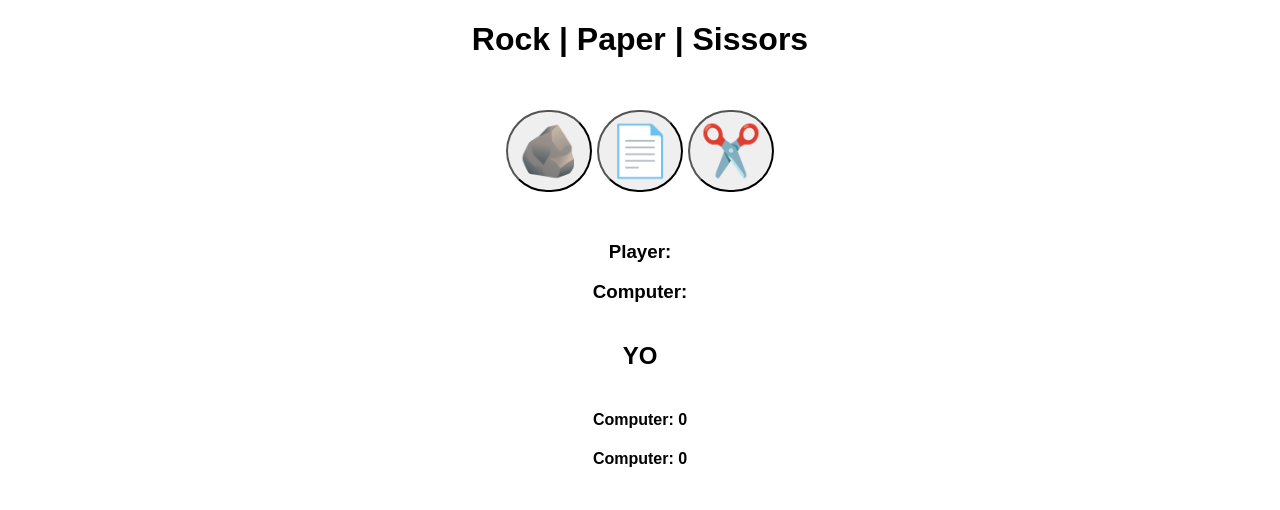
Repository: SakthivelDurai47/Rock-Paper-Sissors
Page: index.html
The author's editor kept a copy of each file at every save. The page is drawn from the files as they stood at one save, then again after the next save.
The browser window is 1280 px wide. The pictures show the whole page.

Above is the page before, as saved 2025-04-14 22:11:12.

After the next save:
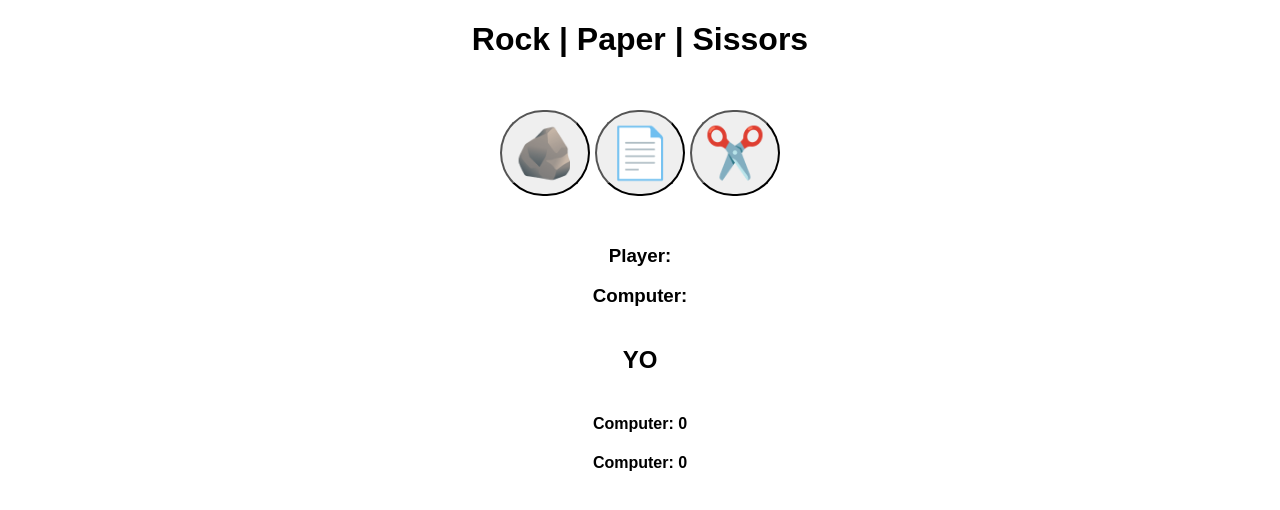
Saved 7 s later.
--- a/styles.css
+++ b/styles.css
@@ -12,5 +12,5 @@ body {
 button {
   border-radius: 300px;
   font-size: 50px;
-  padding: 10px;
+  padding: 12px;
 }
